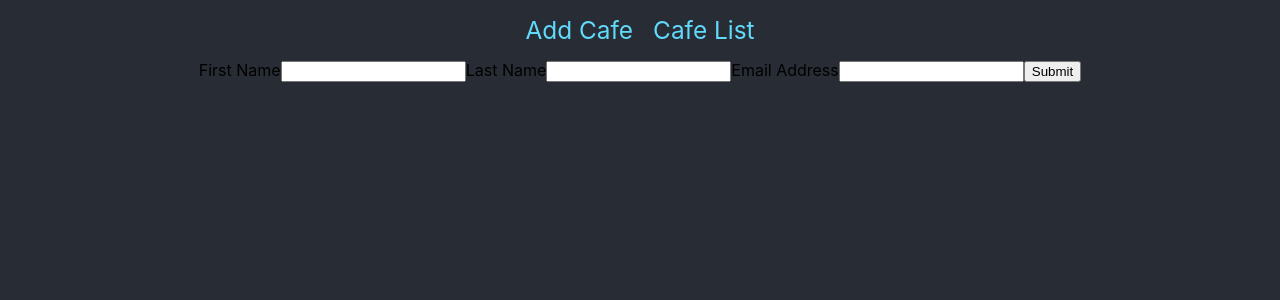
Repository: Surojd/project-cafe
Page: /cafes
These files come from the project's save history. The page is drawn as it stood at one moment and after the next save; the edit follows.
The browser window is 1280 px wide. The pictures show the whole page.
The page's requests for data from a server got no answer. The project was rebuilt for these pictures with package versions that can differ from the ones it lists, and the page was loaded fresh each time. No one was signed in, and anything a server would have sent is missing.

Above is the page before, as saved 2021-09-01 12:01:40.

After the next save:
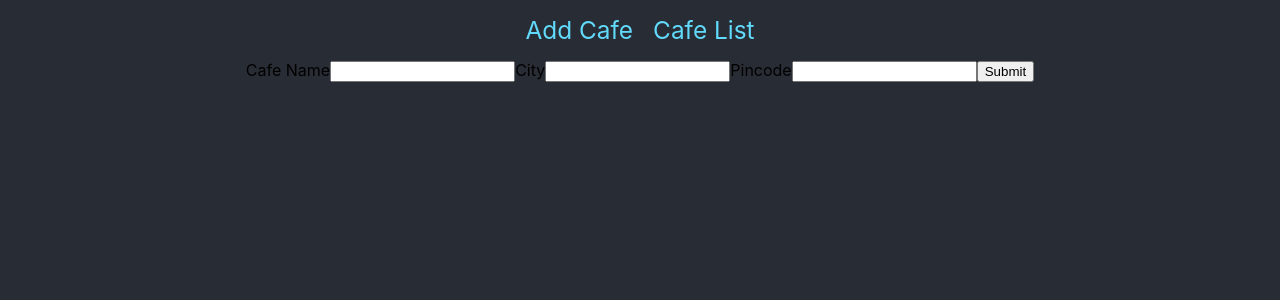
Saved 2 min 53 s later.
--- a/src/cafe/AddCafe.js
+++ b/src/cafe/AddCafe.js
@@ -37,43 +37,43 @@ export default function AddCafe() {
 
   return (
     <form onSubmit={formik.handleSubmit}>
-      <label htmlFor="firstName">First Name</label>
+      <label htmlFor="name">Cafe Name</label>
       <input
-        id="firstName"
-        name="firstName"
+        id="name"
+        name="name"
         type="text"
         onChange={formik.handleChange}
         onBlur={formik.handleBlur}
-        value={formik.values.firstName}
+        value={formik.values.name}
       />
-      {formik.touched.firstName && formik.errors.firstName ? (
-        <div>{formik.errors.firstName}</div>
+      {formik.touched.name && formik.errors.name ? (
+        <div>{formik.errors.name}</div>
       ) : null}
 
-      <label htmlFor="lastName">Last Name</label>
+      <label htmlFor="city">City</label>
       <input
-        id="lastName"
-        name="lastName"
+        id="city"
+        name="city"
         type="text"
         onChange={formik.handleChange}
         onBlur={formik.handleBlur}
-        value={formik.values.lastName}
+        value={formik.values.city}
       />
-      {formik.touched.lastName && formik.errors.lastName ? (
-        <div>{formik.errors.lastName}</div>
+      {formik.touched.city && formik.errors.city ? (
+        <div>{formik.errors.city}</div>
       ) : null}
 
-      <label htmlFor="email">Email Address</label>
+      <label htmlFor="pincode">Pincode</label>
       <input
-        id="email"
-        name="email"
-        type="email"
+        id="pincode"
+        name="pincode"
+        type="pincode"
         onChange={formik.handleChange}
         onBlur={formik.handleBlur}
-        value={formik.values.email}
+        value={formik.values.pincode}
       />
-      {formik.touched.email && formik.errors.email ? (
-        <div>{formik.errors.email}</div>
+      {formik.touched.pincode && formik.errors.pincode ? (
+        <div>{formik.errors.pincode}</div>
       ) : null}
 
       <button type="submit">Submit</button>
